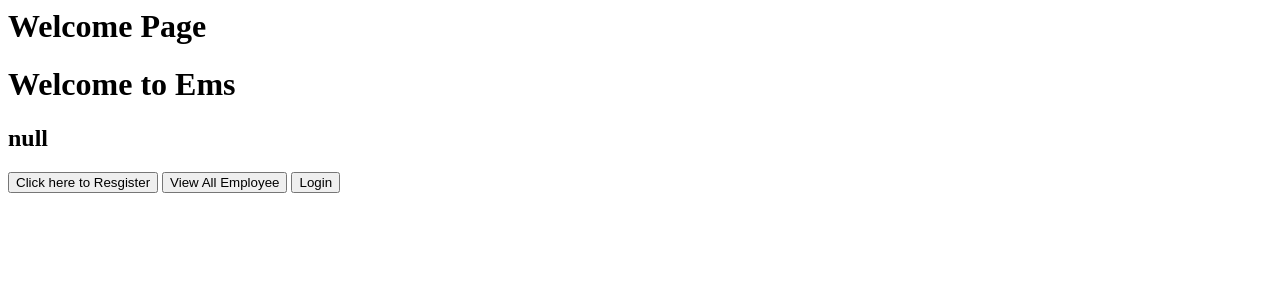
Repository: Madavahari/Servlets
Page: http://localhost/ems/
An editor plug-in stored every save of this project. The page is shown before and after the next save, followed by the edit.
The browser window is 1280 px wide. The pictures show the whole page.
The page is served by Tomcat 9. Other server files are loaded and not shown.

Above is the page before, as saved 2024-10-17 03:30:29.
Console error: TypeError: Cannot read properties of null (reading 'style')

### servlets/ems/src/main/webapp/index.jsp
<%@ page language="java" contentType="text/html; charset=UTF-8"
    pageEncoding="UTF-8"%>
 <element>
<!DOCTYPE html>
<html>
<head>
<meta charset="UTF-8">
<title>Welcome</title>
</head>
<body>
<h1>Welcome Page</h1>
<h1 id="happy">Welcome to Ems</h1>
<h2><%= session.getAttribute("name") %></h2>
<a href="reg.jsp"><button>Click here to Resgister</button></a>
<a href="allemp"><button>View All Employee</button></a>
<a href="login.jsp"><button>Login</button></a>



<script type="text/javascript">
let msgEle=document.getElementById("msg");
setTimeout(()=>{
	msgEle.style.display="none";
},2000);
</script>



</body>
</html>
</element>

After the next save:
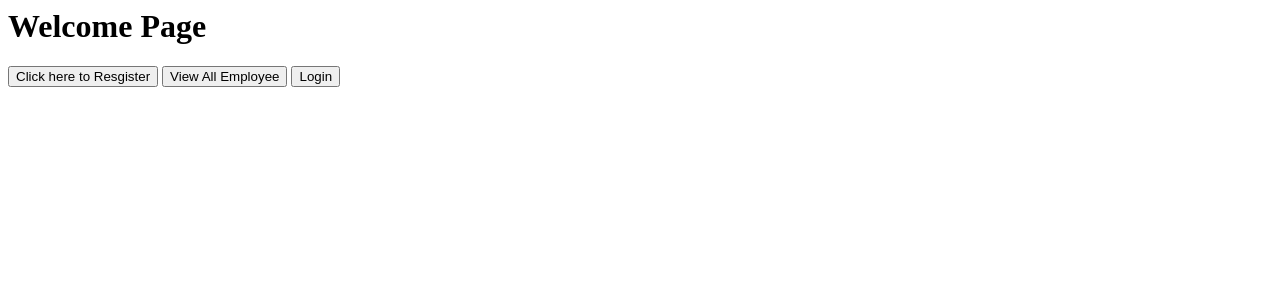
Saved 4 min 10 s later.
--- a/servlets/ems/src/main/webapp/index.jsp
+++ b/servlets/ems/src/main/webapp/index.jsp
@@ -9,9 +9,7 @@
 </head>
 <body>
 <h1>Welcome Page</h1>
-<h1 id="happy">Welcome to Ems</h1>
-<h2><%= session.getAttribute("name") %></h2>
-<a href="reg.jsp"><button>Click here to Resgister</button></a>
+<a href="allemp.jsp"><button>Click here to Resgister</button></a>
 <a href="allemp"><button>View All Employee</button></a>
 <a href="login.jsp"><button>Login</button></a>
 
